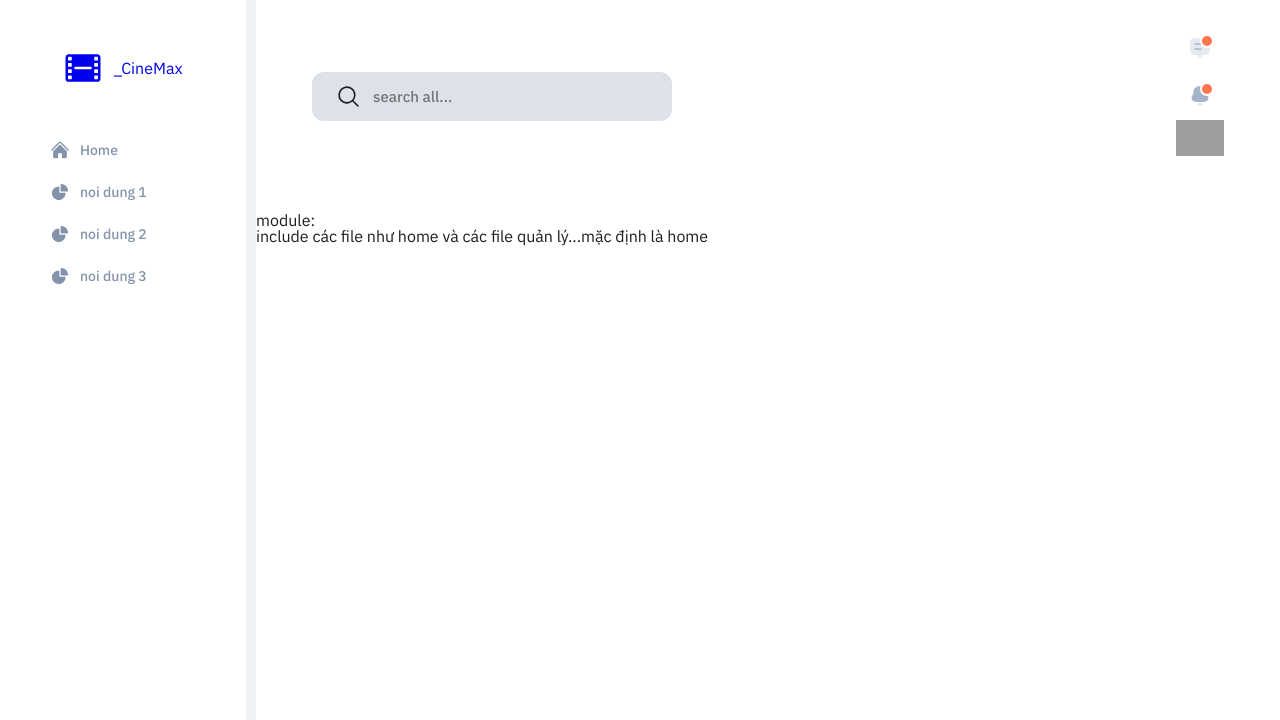
Repository: tdthinhtran961/DoAnCineMax
Page: http://localhost/admin/index.php?act=movies
The author's editor kept a copy of each file at every save. The page is drawn from the files as they stood at one save, then again after a run of saves.
The browser window is 1280 px wide. The pictures show the whole page.
Pictures or frames that could not be fetched are drawn as grey boxes. The page is run by PHP 8.4 with error messages shown; the project is at /var/www/html/.

Above is the page before, as saved 2023-05-25 23:38:22.

### admin/index.php
<!DOCTYPE html>
<html lang="en">
<head>
    <meta charset="UTF-8">
    <meta http-equiv="X-UA-Compatible" content="IE=edge">
    <meta name="viewport" content="width=device-width, initial-scale=1.0">
    <title>Admin CineMax</title>

    <link rel="stylesheet" href="./index.css">

    <link rel="preconnect" href="https://fonts.googleapis.com">
    <link rel="preconnect" href="https://fonts.gstatic.com" crossorigin>
    <link href="https://fonts.googleapis.com/css2?family=IBM+Plex+Sans:wght@400;500;600;700&display=swap" rel="stylesheet">
</head>
<body>
    <div class="wrapper">
        <?php include "./view/layout/sidebar.php" ?>
        <main class="main">
            <?php include "./view/layout/topbar.php" ?>
            <div class="main-container">
                <h1>module:</h1>
                include các file như home và các file quản lý...mặc định là home
            </div>
        </main>
    </div>
</body>
</html>

### admin/view/layout/sidebar.php
<aside class="sidebar">
    <a href="#" class="logo">
        <svg xmlns="http://www.w3.org/2000/svg" viewBox="0 0 24 24" fill="currentColor" class="w-6 h-6 logo-icon">
            <path fill-rule="evenodd" d="M1.5 5.625c0-1.036.84-1.875 1.875-1.875h17.25c1.035 0 1.875.84 1.875 1.875v12.75c0 1.035-.84 1.875-1.875 1.875H3.375A1.875 1.875 0 011.5 18.375V5.625zm1.5 0v1.5c0 .207.168.375.375.375h1.5a.375.375 0 00.375-.375v-1.5a.375.375 0 00-.375-.375h-1.5A.375.375 0 003 5.625zm16.125-.375a.375.375 0 00-.375.375v1.5c0 .207.168.375.375.375h1.5A.375.375 0 0021 7.125v-1.5a.375.375 0 00-.375-.375h-1.5zM21 9.375A.375.375 0 0020.625 9h-1.5a.375.375 0 00-.375.375v1.5c0 .207.168.375.375.375h1.5a.375.375 0 00.375-.375v-1.5zm0 3.75a.375.375 0 00-.375-.375h-1.5a.375.375 0 00-.375.375v1.5c0 .207.168.375.375.375h1.5a.375.375 0 00.375-.375v-1.5zm0 3.75a.375.375 0 00-.375-.375h-1.5a.375.375 0 00-.375.375v1.5c0 .207.168.375.375.375h1.5a.375.375 0 00.375-.375v-1.5zM4.875 18.75a.375.375 0 00.375-.375v-1.5a.375.375 0 00-.375-.375h-1.5a.375.375 0 00-.375.375v1.5c0 .207.168.375.375.375h1.5zM3.375 15h1.5a.375.375 0 00.375-.375v-1.5a.375.375 0 00-.375-.375h-1.5a.375.375 0 00-.375.375v1.5c0 .207.168.375.375.375zm0-3.75h1.5a.375.375 0 00.375-.375v-1.5A.375.375 0 004.875 9h-1.5A.375.375 0 003 9.375v1.5c0 .207.168.375.375.375zm4.125 0a.75.75 0 000 1.5h9a.75.75 0 000-1.5h-9z" clip-rule="evenodd" />
        </svg>
        _CineMax
    </a>
    <ul class="menu">
        <li class="menu-item">
            <a href="#" class="menu-link">
                <svg xmlns="http://www.w3.org/2000/svg" viewBox="0 0 24 24" fill="currentColor" class="w-6 h-6 menu-icon">
                    <path d="M11.47 3.84a.75.75 0 011.06 0l8.69 8.69a.75.75 0 101.06-1.06l-8.689-8.69a2.25 2.25 0 00-3.182 0l-8.69 8.69a.75.75 0 001.061 1.06l8.69-8.69z" />
                    <path d="M12 5.432l8.159 8.159c.03.03.06.058.091.086v6.198c0 1.035-.84 1.875-1.875 1.875H15a.75.75 0 01-.75-.75v-4.5a.75.75 0 00-.75-.75h-3a.75.75 0 00-.75.75V21a.75.75 0 01-.75.75H5.625a1.875 1.875 0 01-1.875-1.875v-6.198a2.29 2.29 0 00.091-.086L12 5.43z" />
                </svg>
                <span class="menu-text">Home</span>
            </a>
        </li>
        <li class="menu-item">
            <a href="#" class="menu-link">
            <svg xmlns="http://www.w3.org/2000/svg" viewBox="0 0 24 24" fill="currentColor" class="w-6 h-6 menu-icon">
                <path fill-rule="evenodd" d="M2.25 13.5a8.25 8.25 0 018.25-8.25.75.75 0 01.75.75v6.75H18a.75.75 0 01.75.75 8.25 8.25 0 01-16.5 0z" clip-rule="evenodd" />
                <path fill-rule="evenodd" d="M12.75 3a.75.75 0 01.75-.75 8.25 8.25 0 018.25 8.25.75.75 0 01-.75.75h-7.5a.75.75 0 01-.75-.75V3z" clip-rule="evenodd" />
            </svg>
                <span class="menu-text">noi dung 1</span>
            </a>
        </li>
        <li class="menu-item">
            <a href="#" class="menu-link">
                <svg xmlns="http://www.w3.org/2000/svg" viewBox="0 0 24 24" fill="currentColor" class="w-6 h-6 menu-icon">
                    <path fill-rule="evenodd" d="M2.25 13.5a8.25 8.25 0 018.25-8.25.75.75 0 01.75.75v6.75H18a.75.75 0 01.75.75 8.25 8.25 0 01-16.5 0z" clip-rule="evenodd" />
                    <path fill-rule="evenodd" d="M12.75 3a.75.75 0 01.75-.75 8.25 8.25 0 018.25 8.25.75.75 0 01-.75.75h-7.5a.75.75 0 01-.75-.75V3z" clip-rule="evenodd" />
                </svg>
                <span class="menu-text">noi dung 2</span>
            </a>
        </li>
        <li class="menu-item">
            <a href="#" class="menu-link">
            <svg xmlns="http://www.w3.org/2000/svg" viewBox="0 0 24 24" fill="currentColor" class="w-6 h-6 menu-icon">
                <path fill-rule="evenodd" d="M2.25 13.5a8.25 8.25 0 018.25-8.25.75.75 0 01.75.75v6.75H18a.75.75 0 01.75.75 8.25 8.25 0 01-16.5 0z" clip-rule="evenodd" />
                <path fill-rule="evenodd" d="M12.75 3a.75.75 0 01.75-.75 8.25 8.25 0 018.25 8.25.75.75 0 01-.75.75h-7.5a.75.75 0 01-.75-.75V3z" clip-rule="evenodd" />
            </svg>
                <span class="menu-text">noi dung 3</span>
            </a>
        </li>
    </ul>
</aside>

### admin/view/layout/topbar.php
<div class="topbar">
    <div class="search">
        <svg xmlns="http://www.w3.org/2000/svg" viewBox="0 0 24 24" fill="currentColor" class="w-6 h-6 search-icon">
            <path fill-rule="evenodd" d="M10.5 3.75a6.75 6.75 0 100 13.5 6.75 6.75 0 000-13.5zM2.25 10.5a8.25 8.25 0 1114.59 5.28l4.69 4.69a.75.75 0 11-1.06 1.06l-4.69-4.69A8.25 8.25 0 012.25 10.5z" clip-rule="evenodd" />
        </svg>
        <input type="text" class="search-input" placeholder="search all...">
    </div>
    <div class="topbar-right">
        <svg class="icon-message" width="48" height="48" viewBox="0 0 48 48" fill="none" xmlns="http://www.w3.org/2000/svg">
            <path d="M14 24.97V18.99C14 16.23 16.24 14 19 14H29C31.76 14 34 16.23 34 18.99V25.97C34 28.72 31.76 30.95 29 30.95H27.5C27.19 30.95 26.89 31.1 26.7 31.35L25.2 33.34C24.54 34.22 23.46 34.22 22.8 33.34L21.3 31.35C21.14 31.13 20.78 30.95 20.5 30.95H19C16.24 30.95 14 28.72 14 25.97V24.97Z" fill="#E5EAF1"/>
            <path d="M29 20.75H19C18.59 20.75 18.25 20.41 18.25 20C18.25 19.59 18.59 19.25 19 19.25H29C29.41 19.25 29.75 19.59 29.75 20C29.75 20.41 29.41 20.75 29 20.75Z" fill="#A5B4CB"/>
            <path d="M25 25.75H19C18.59 25.75 18.25 25.41 18.25 25C18.25 24.59 18.59 24.25 19 24.25H25C25.41 24.25 25.75 24.59 25.75 25C25.75 25.41 25.41 25.75 25 25.75Z" fill="#A5B4CB"/>
            <rect x="25" y="11" width="12" height="12" rx="6" fill="#FF754C"/>
            <rect x="25" y="11" width="12" height="12" rx="6" stroke="white" stroke-width="2"/>
        </svg>
        <svg class="icon-noti" width="48" height="48" viewBox="0 0 48 48" fill="none" xmlns="http://www.w3.org/2000/svg">
            <path d="M31.7695 23.6453C31.039 22.7923 30.7071 22.0531 30.7071 20.7972V20.3701C30.7071 18.7335 30.3304 17.6791 29.5115 16.6246C28.2493 14.987 26.1244 14 24.0442 14H23.9558C21.9194 14 19.8611 14.9417 18.577 16.5128C17.7133 17.5884 17.2929 18.6882 17.2929 20.3701V20.7972C17.2929 22.0531 16.9828 22.7923 16.2305 23.6453C15.6769 24.2738 15.5 25.0815 15.5 25.9557C15.5 26.8309 15.7872 27.6598 16.3637 28.3336C17.116 29.1413 18.1785 29.6569 19.2638 29.7466C20.835 29.9258 22.4063 29.9933 24.0005 29.9933C25.5937 29.9933 27.165 29.8805 28.7372 29.7466C29.8215 29.6569 30.884 29.1413 31.6363 28.3336C32.2118 27.6598 32.5 26.8309 32.5 25.9557C32.5 25.0815 32.3231 24.2738 31.7695 23.6453Z" fill="#A5B4CB"/>
            <path d="M26.0087 31.2283C25.5088 31.1215 22.4626 31.1215 21.9627 31.2283C21.5353 31.327 21.0732 31.5566 21.0732 32.0602C21.098 32.5406 21.3793 32.9646 21.7689 33.2335L21.7679 33.2345C22.2718 33.6273 22.8631 33.877 23.4823 33.9667C23.8123 34.012 24.1482 34.01 24.4901 33.9667C25.1083 33.877 25.6996 33.6273 26.2035 33.2345L26.2025 33.2335C26.5921 32.9646 26.8734 32.5406 26.8982 32.0602C26.8982 31.5566 26.4361 31.327 26.0087 31.2283Z" fill="#E5EAF1"/>
            <rect x="25" y="11" width="12" height="12" rx="6" fill="#FF754C"/>
            <rect x="25" y="11" width="12" height="12" rx="6" stroke="white" stroke-width="2"/>
        </svg>
        <div class="profile">
            <img src="https://images.unsplash.com/photo-1600486913747-55e5470d6f40?ixlib=rb-4.0.3&ixid=M3wxMjA3fDB8MHxzZWFyY2h8MTd8fG1hbnxlbnwwfHwwfHx8MA%3D%3D&auto=format&fit=crop&w=800&q=60" alt="">
        </div>
    </div>
</div>

### admin/index.css
/* start css reset */
*,
*:before,
*:after {
  box-sizing: border-box;
}
* {
  margin: 0;
  padding: 0;
  font: inherit;
}
img,
picture,
svg,
video {
  display: block;
  max-width: 100%;
}
input,
select,
textarea {
  background-color: transparent;
  outline: none;
}
button {
  cursor: pointer;
  background-color: transparent;
  outline: none;
  border: 0;
}
body {
  min-height: 100vh;
  font-weight: 400;
  font-size: 16px;
  line-height: 1;
}
a {
  text-decoration: none;
}
ul, ol {
  list-style-type: none;
}
/* end css reset */
body {
  font-family: "IBM Plex Sans", sans-serif;
  color: hsl(220, 10%, 12%);
  text-rendering: optimizeLegibility;
  -webkit-font-smoothing: antialiased;
  -moz-osx-font-smoothing: grayscale;
}
.wrapper {
  max-width: 1440px;
  margin: 0 auto;
  background-color: hsl(0, 100%, 100%);
  display: grid;
  grid-template-columns: 256px minmax(0, 1fr);
  min-height: 100vh;
}

/* start sidebar */
.sidebar {
  background-color: white;
  padding: 48px 30px;
  border-right: 10px solid #F0F3F6;
}
.logo {
  display: flex;
  align-items: center;
  justify-content: center;
  gap: 10px;
  margin-bottom: 44px;
}
.logo-icon {
  width: 40px;
  height: 40px;
}
.menu {
  display: flex;
  flex-direction: column;
  gap: 6px;
}
.menu-icon {
  width: 20px;
  height: 20px;
}
.menu-link {
  display: flex;
  align-items: center;
  gap: 10px;
  color: hsl(215, 19%, 59%);
  font-size: 14px;
  line-height: 143%;
  font-weight: 500;
  padding: 8px 30px 8px 20px;
  border-radius: 12px;
}
.menu-link:hover {
  background: linear-gradient(92.29deg, #415EF4 0.33%, #7141EF 28.14%);
  color: white;
}
/* end css sidebar */
/* start css topbar */
.topbar {
  padding: 24px 56px;
  background-color: white;
  display:flex;
  justify-content: space-between;
  align-items: center;
  margin-bottom: 20px;
}
.search {
  padding: 12px 24px;
  border-radius: 12px;
  display: flex;
  align-items: center;
  gap: 12px;
  background-color: hsl(217, 24%, 89%);
  flex: 0 1 360px;
}
.search-icon {
  width: 25px;
  height: 25px;
}
.search-input {
  background-color: transparent;
  border: none;
  font-weight: 500;
  font-size: 15px;
  color: hsl(248, 57%, 60%);
  caret-color: hsl(248, 57%, 60%);
  flex: 1;
}
.topbar-right {

}
.profile {
  width: 48px;
  height: 48px;
  border-radius: 100rem;
}
/* end css topbar */
/* star css main-container */
.main-container {

}

After the next 2 saves:
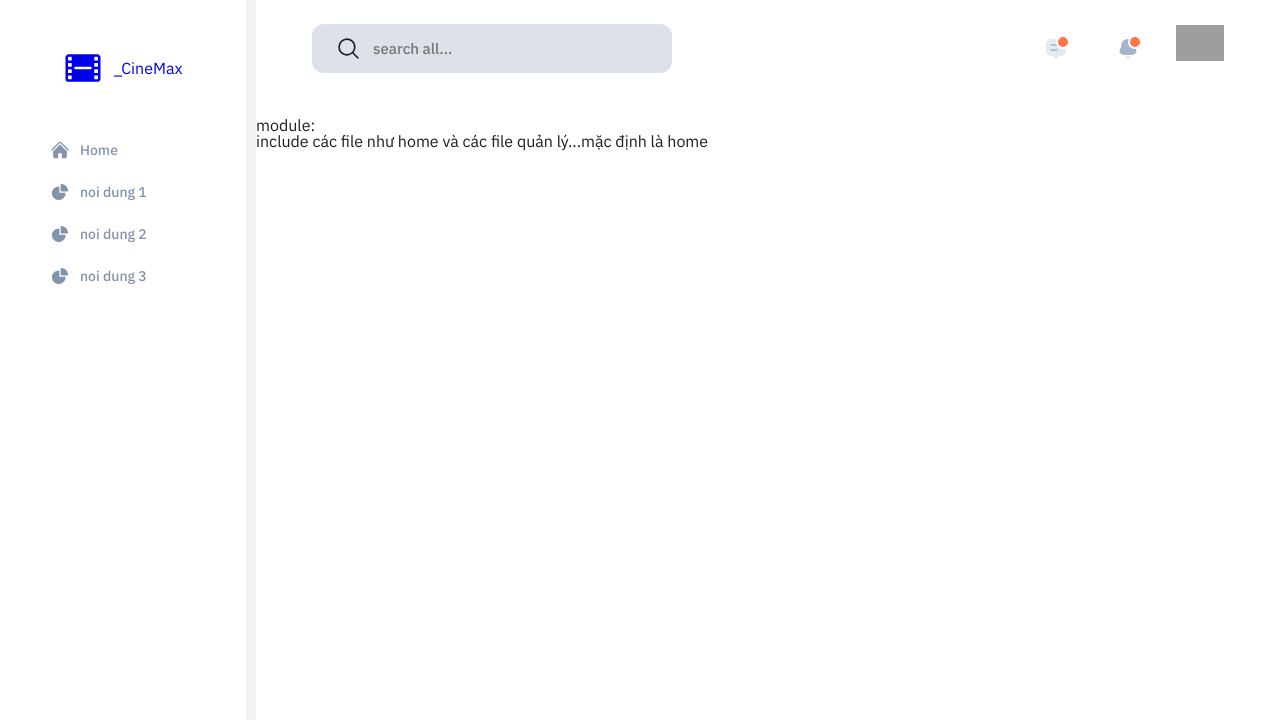
The 2 saves are shown as one change because they came seconds apart.
The last was saved 11 s later.
--- a/admin/index.css
+++ b/admin/index.css
@@ -131,7 +131,9 @@ body {
   flex: 1;
 }
 .topbar-right {
-
+  display: flex;
+  align-items: center;
+  gap: 24px;
 }
 .profile {
   width: 48px;
